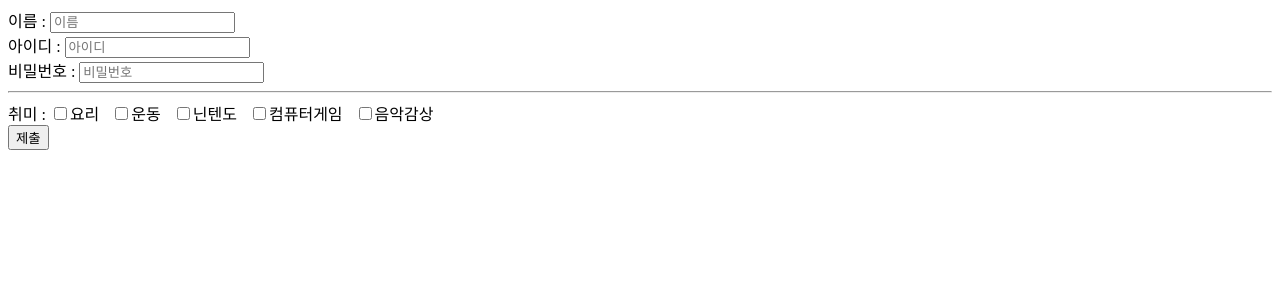
Repository: gowjd4419/jsp
Page: http://localhost/JSPBasic/jspobject/request/req_user_form.jsp
An editor plug-in stored every save of this project. The page is shown before and after the next save, followed by the edit.
The browser window is 1280 px wide. The pictures show the whole page.
The page is served by Tomcat 9.

Above is the page before, as saved 2022-03-25 10:49:15.

### JSPBasic/src/main/webapp/jspobject/request/req_user_form.jsp
<%@ page language="java" contentType="text/html; charset=UTF-8"
    pageEncoding="UTF-8"%>
<!DOCTYPE html>
<html>
<head>
<meta charset="UTF-8">
<title>Insert title here</title>
</head>
<body>
<%-- 현재 파일인 req_user_form.jsp에 폼 태그를 만들기
     목적지는 함께 req_user.jsp파일이고 post방식으로 데이터를 전달
     먼저 이름, 아이디, 비밀번호를 입력해 보낼 수 있는 input태그를 만들기
     각 태그의 name 속성은 uname,uid,upw 이다.
     데이터를 받아주는 req_user.jsp에서 한글이 깨지지 않도록 받아서 화면에 출력 --%>
 <form action = http://localhost:8181/JSPBasic/jspobject/request/req_user.jsp method="post">
      이름 : <input type = "text" name="uname" placeholder="이름"><br>
      아이디 : <input type = "text" name="uid" placeholder="아이디"><br><!-- placeholder적용시 회색으로 뭘 입력해야하는지 나옴 -->
      비밀번호 : <input type = "password" name="upw"placeholder="비밀번호"><br>
      <hr>

      취미 :
      <%--input 태그 내부에 value 값을 이용해 선택되었을때 전달될 데이터를 정할 수 있습니다. --%>
      <input type = "checkbox" name="hobby" value="요리">요리 &nbsp;
      <input type = "checkbox" name="hobby" value="운동">운동 &nbsp;
      <input type = "checkbox" name="hobby" value="닌텐도">닌텐도 &nbsp;
      <input type = "checkbox" name="hobby" value="컴퓨터게임">컴퓨터게임 &nbsp;
      <input type = "checkbox" name="hobby" value="음악감상">음악감상 &nbsp;
      <br>


      <input type="submit" value="제출">
</body>
</html>

After the next save:
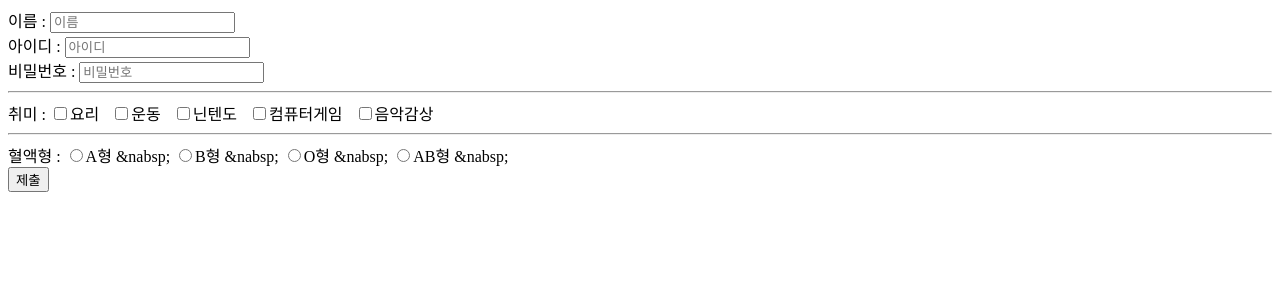
Saved 15 min 50 s later.
--- a/JSPBasic/src/main/webapp/jspobject/request/req_user_form.jsp
+++ b/JSPBasic/src/main/webapp/jspobject/request/req_user_form.jsp
@@ -20,14 +20,19 @@
 
       취미 :
       <%--input 태그 내부에 value 값을 이용해 선택되었을때 전달될 데이터를 정할 수 있습니다. --%>
-      <input type = "checkbox" name="hobby" value="요리">요리 &nbsp;
+      <input type = "checkbox" name="hobby" value="요리">요리 &nbsp; <!-- name="hobby"까지만 적으면 취미:on / null 로만 뜸 value값을 주어야함 -->
       <input type = "checkbox" name="hobby" value="운동">운동 &nbsp;
       <input type = "checkbox" name="hobby" value="닌텐도">닌텐도 &nbsp;
       <input type = "checkbox" name="hobby" value="컴퓨터게임">컴퓨터게임 &nbsp;
       <input type = "checkbox" name="hobby" value="음악감상">음악감상 &nbsp;
+      <hr>
+      혈액형 :
+      <input type="radio" name="blood" value="A">A형 &nabsp;
+      <input type="radio" name="blood" value="A">B형 &nabsp;
+      <input type="radio" name="blood" value="A">O형 &nabsp;
+      <input type="radio" name="blood" value="A">AB형 &nabsp;
+
       <br>
-
-
       <input type="submit" value="제출">
 </body>
 </html>
